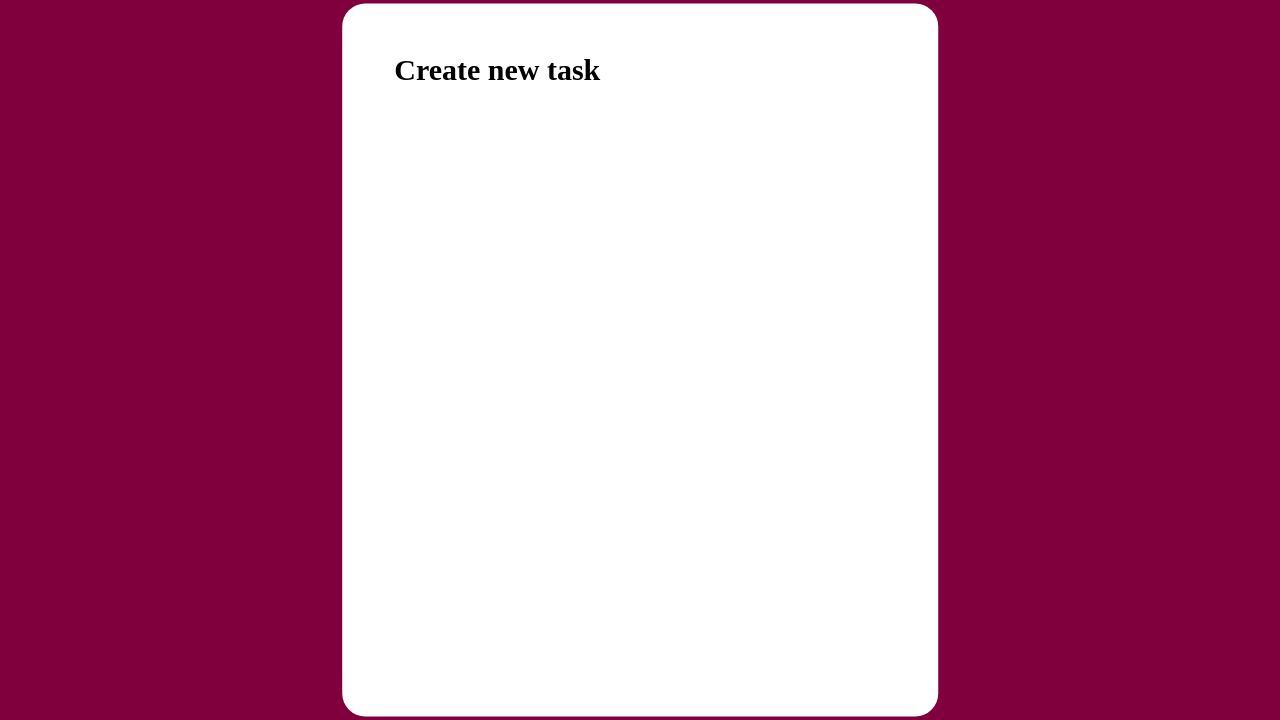
Repository: MorgunovaAlexandra/verstka-form
Page: index.html
An editor plug-in stored every save of this project. The page is shown before and after the next save, followed by the edit.
The browser window is 1280 px wide. The pictures show the whole page.
The style sheet was rebuilt from its Sass, Less or Tailwind sources for each picture, by a compiler version that may differ from the author's.

Above is the page before, as saved 2022-06-24 11:59:38.

### index.html
<!DOCTYPE html>
<html lang="ru">
<head>
    <meta charset="UTF-8">
    <meta http-equiv="X-UA-Compatible" content="IE=edge">
    <meta name="viewport" content="width=device-width, initial-scale=1.0">
    <link rel="stylesheet" href="./css/style.css">
    <title>Document</title>
</head>
<body>
    <div class="wrapper">
       <div class="form">
           <div class="fieldset">
            <legend><b>Create new task</b></legend>
           </div>
       </div>
    </div>
</body>
</html>

### scss/style.scss
@import "variables";
@import "mixins";
body {

   @include vov(rgb(128, 0, 62));
}
.form{
    width: 495.55px;
    height: 613.21px;
    background-color: white;
    border-radius: 23px;
    padding: 50px;

  position: fixed; top: 50%; left: 50%;
  -webkit-transform: translate(-50%, -50%);
  -ms-transform: translate(-50%, -50%);
  transform: translate(-50%, -50%);
}

### scss/variables.scss
$bgColor: green;

### scss/mixins.scss
@mixin vov($color) {
    font-size: 30px;
    background-color:$color ;
}

After the next save:
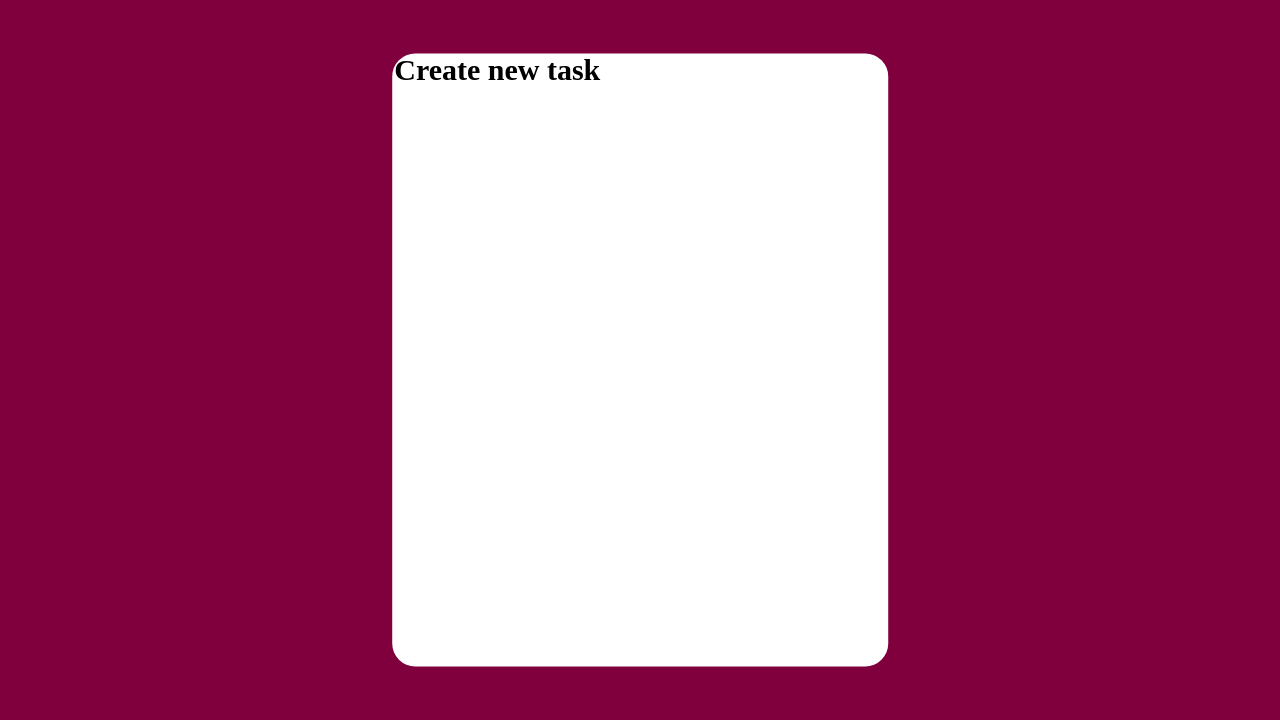
Saved 13 s later.
--- a/scss/style.scss
+++ b/scss/style.scss
@@ -9,7 +9,7 @@ body {
     height: 613.21px;
     background-color: white;
     border-radius: 23px;
-    padding: 50px;
+
 
   position: fixed; top: 50%; left: 50%;
   -webkit-transform: translate(-50%, -50%);
